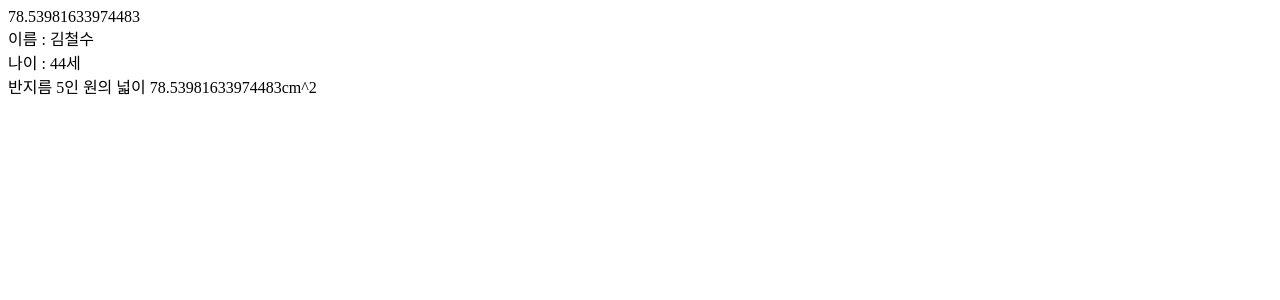
Repository: poiup/jsp_practice
Page: http://localhost/20210128/jspTag/Expression.jsp
An editor plug-in stored every save of this project. The page is shown before and after the next save, followed by the edit.
The browser window is 1280 px wide. The pictures show the whole page.
The page is served by Tomcat 9.

Above is the page before, as saved 2022-01-28 03:47:25.

### 20210128/src/main/webapp/jspTag/Expression.jsp
<%@ page language="java" contentType="text/html; charset=UTF-8"
    pageEncoding="UTF-8"%>
<!DOCTYPE html>
<html>
<head>
<meta charset="UTF-8">
<title>Insert title here</title>
</head>
<body>
	<!-- 하단에 선언부를 선언해주신다음, double을 선언하고 areaCircle 메서드를 정의해주세요
	이 메서드는 r 변수에 double타입으로 원주율을 입력받고
	r의 제곱 * Math.PI()을 곱해 원넓이를 리턴합니다. -->
	<%!
		double areaCircle(double r){
			return r * r * Math.PI;
		}
		String name = "김철수";
		int age = 44;
	%>
	<%
		out.println(areaCircle(5));
	%>
	<br/>
	이름 : <%= name %><br/>
	나이 : <%= age %>세<br/>
	반지름 5인 원의 넓이 <%= areaCircle(5) %>cm^2
</body>
</html>

After the next save:
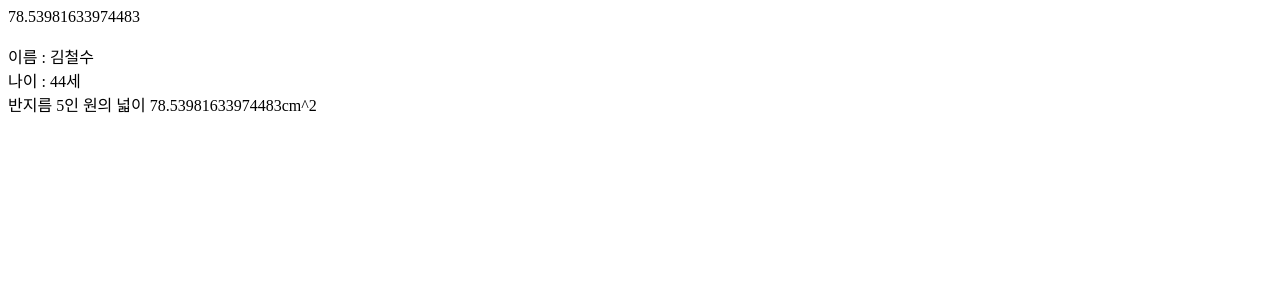
Saved 16 s later.
--- a/20210128/src/main/webapp/jspTag/Expression.jsp
+++ b/20210128/src/main/webapp/jspTag/Expression.jsp
@@ -18,7 +18,7 @@
 		int age = 44;
 	%>
 	<%
-		out.println(areaCircle(5));
+		out.println(areaCircle(5)+"<br/>");
 	%>
 	<br/>
 	이름 : <%= name %><br/>

After the save that followed:
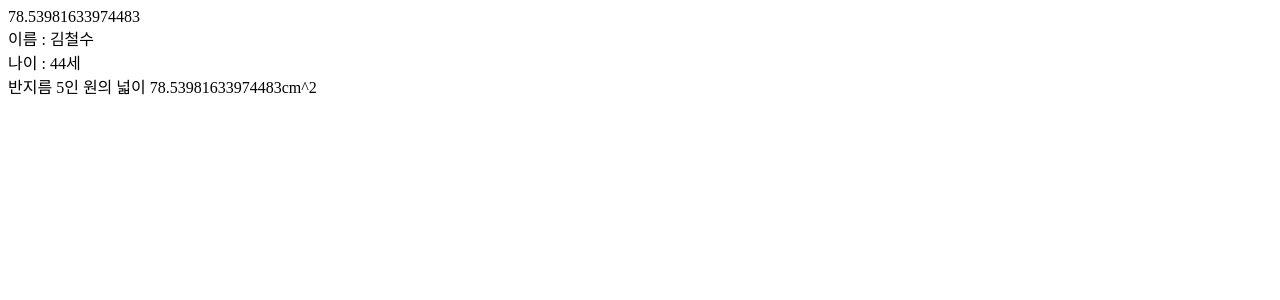
Saved 4 s later.
--- a/20210128/src/main/webapp/jspTag/Expression.jsp
+++ b/20210128/src/main/webapp/jspTag/Expression.jsp
@@ -20,7 +20,6 @@
 	<%
 		out.println(areaCircle(5)+"<br/>");
 	%>
-	<br/>
 	이름 : <%= name %><br/>
 	나이 : <%= age %>세<br/>
 	반지름 5인 원의 넓이 <%= areaCircle(5) %>cm^2
